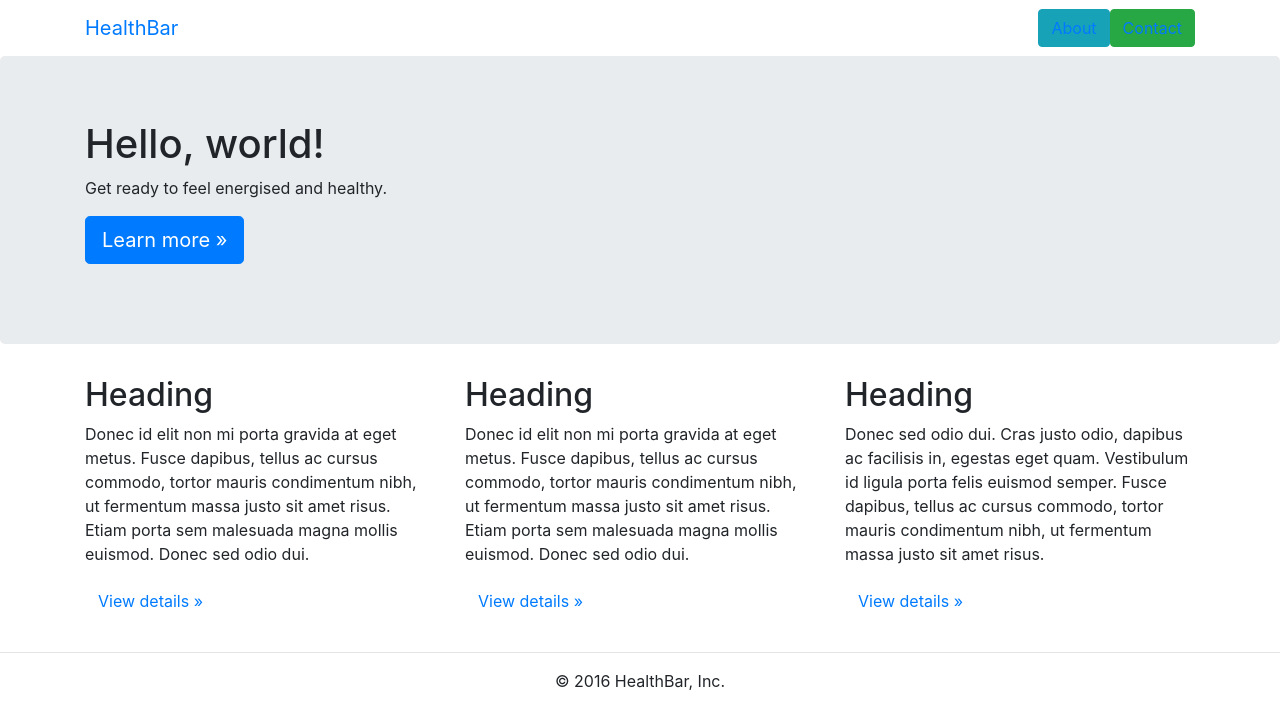
Repository: AdaLover/demoExpressApp
Page: http://localhost/
The author's editor kept a copy of each file at every save. The page is drawn from the files as they stood at one save, then again after a run of saves.
The browser window is 1280 px wide. The pictures show the whole page.
The page is served by the project's Node server (app.js).

Above is the page before, as saved 2018-01-29 18:29:05.

After the next 2 saves:
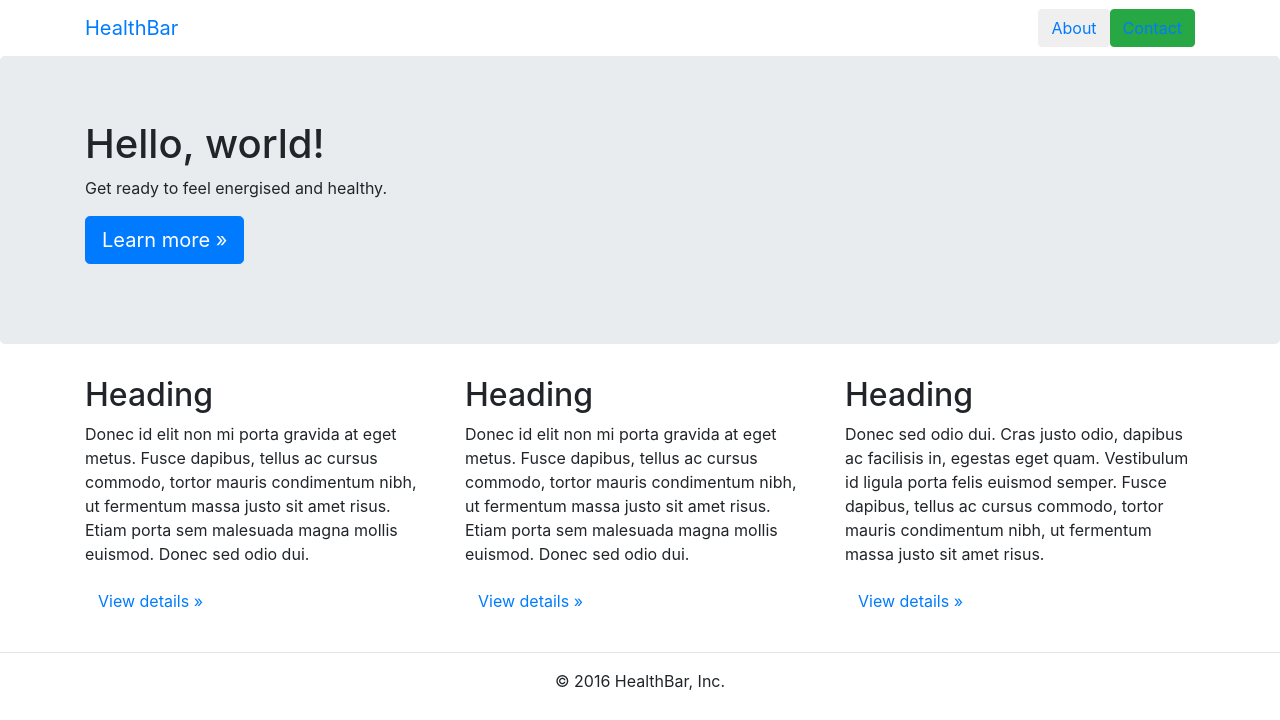
The 2 saves are shown as one change because they came seconds apart.
The last was saved 20 s later.
--- a/views/layout.pug
+++ b/views/layout.pug
@@ -9,7 +9,7 @@ html(lang="en")
         .navbar-header
           a.navbar-brand(href="/") HealthBar
         #navbar
-            button.btn.btn-info()
+            button.btn.btn-default()
              a(href="about") About
             button.btn.btn-success()
              a(href="contact") Contact
